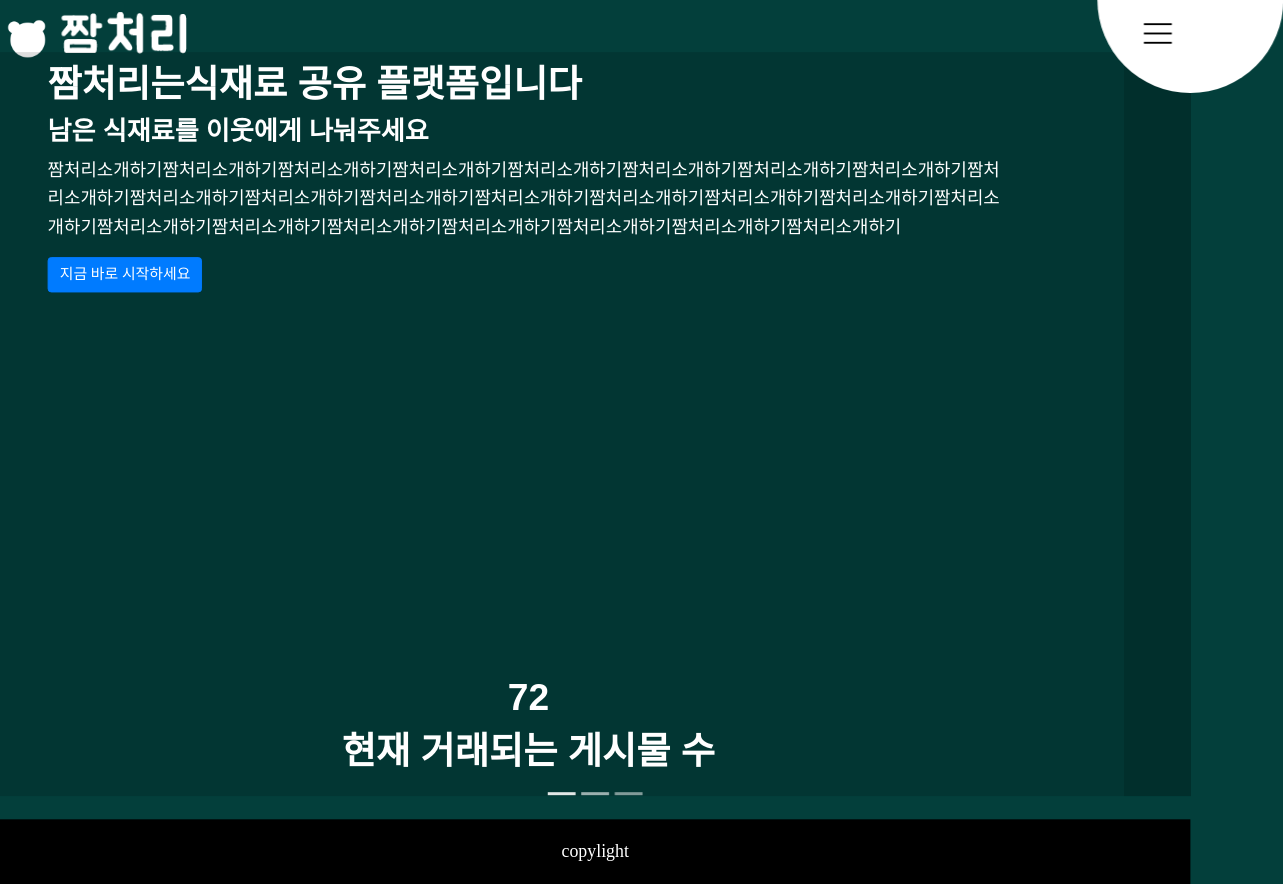
Repository: navang/JJAM_project
Page: http://localhost/jjam/jjam_intro.jsp
An editor plug-in stored every save of this project. The page is shown before and after the next save, followed by the edit.
The browser window is 1280 px wide. The page is 1380 px wide, so the pictures cover 1380 px, including what lies to the right of the window. The pictures show the whole page, at 93% of full size.
Some web fonts or font styles are not loaded; a fallback is used. Some web libraries are served in a nearby version. The page is served by Tomcat 9. Nobody is signed in. The application's start-up code is not run. Other server files are loaded and not shown.

Above is the page before, as saved 2019-07-18 07:04:22.

### jjam/src/main/webapp/jjam_intro.jsp
<%@ page language="java" contentType="text/html; charset=UTF-8"
    pageEncoding="UTF-8"%>
<!DOCTYPE html>

<style>
</style>
<head>
    <meta charset="UTF-8">
    <meta name="viewport" content="width=device-width, initial-scale=1.0">
    <meta http-equiv="X-UA-Compatible" content="ie=edge">

    <link rel="stylesheet" href="https://stackpath.bootstrapcdn.com/bootstrap/4.3.1/css/bootstrap.min.css"
        integrity="sha384-ggOyR0iXCbMQv3Xipma34MD+dH/1fQ784/j6cY/iJTQUOhcWr7x9JvoRxT2MZw1T" crossorigin="anonymous">
    <script src="https://code.jquery.com/jquery-3.3.1.slim.min.js"
        integrity="sha384-q8i/X+965DzO0rT7abK41JStQIAqVgRVzpbzo5smXKp4YfRvH+8abtTE1Pi6jizo"
        crossorigin="anonymous"></script>
    <script src="https://cdnjs.cloudflare.com/ajax/libs/popper.js/1.14.7/umd/popper.min.js"
        integrity="sha384-UO2eT0CpHqdSJQ6hJty5KVphtPhzWj9WO1clHTMGa3JDZwrnQq4sF86dIHNDz0W1"
        crossorigin="anonymous"></script>
    <script src="https://stackpath.bootstrapcdn.com/bootstrap/4.3.1/js/bootstrap.min.js"
        integrity="sha384-JjSmVgyd0p3pXB1rRibZUAYoIIy6OrQ6VrjIEaFf/nJGzIxFDsf4x0xIM+B07jRM"
        crossorigin="anonymous"></script>
    <!-- https://getbootstrap.com/docs/4.3/getting-started/introduction/ 부트스트랩에서 가져옴-->


    <link rel="stylesheet" href="./resources/style/main.css">

    <link rel="stylesheet" href="./resources/style/index.css">

    <script src="https://kit.fontawesome.com/825d367943.js"></script>

</head>

<body>
<label>
    <img id="logo" style="width: 60px; height: 60px; position:fixed;" src="./resources/image/character.png" alt=""><img style="margin-left: 60px; position:fixed;" src="./resources/image/JJCR_white1.png">
</label>

    <label>
        <input type="checkbox"></input>
        <span class="menu">
          <span class="hamburger"></span>
        </span>
        <ul>
          <li>
            <a href="#">Home</a>
          </li>
          <li>
            <a href="#">About</a>
          </li>
          <li>
            <a href="#">Work</a>
          </li>
          <li>
            <a href="#">Login</a>
          </li>
        </ul>
      </label>






    <!--------------------------------------------------------------->

<div class="intro_form"> <!--전체화면 분할-->
    <div class=""></div> <!-- 상단 navbar로 인한 공백-->

    <div class=""><!-- carousel 칸-->
            <div class="carousel slide " id="myCarousel" data-ride="carousel">
                    <div class="carousel-inner">

                            <div class="carousel-item active " style="width: 100%">
                                    <img class=""  src="./resources/image/hidden.png" alt="">
                                <div  class="carousel-caption">
                                        <h1 >72</h1>
                                        <h1>현재 거래되는 게시물 수</h1>
                                </div>
                            </div>
                            <div class="carousel-item">
                                    <img class=""src="./resources/image/hidden.png" alt="">
                                    <div class="carousel-caption">
                                            <h1 class="bigfont">1,000</h1>
                                            <h1 ">절약한 음식물쓰레기 비용</h1>
                                    </div>
                                </div>
                                 <div class="carousel-item w">
                                        <img class=""  src="./resources/image/hidden.png" alt="">
                                <div class="carousel-caption">
                                        <h1 class="bigfont"></h1>
                                        <h1  >설명</h1>
                                </div>
                            </div>
                        </div>
                    <!-- 좌우 버튼 -->

                    <ul class="carousel-indicators">
                            <li class="active" data-target="#myCarousel" data-slide-to="0"></li>
                            <li data-target="#myCarousel" data-slide-to="1"></li>
                            <li data-target="#myCarousel" data-slide-to="2"></li>
                        </ul>
                 </div>

    </div>

    <!-- ----------------------------- 본문 ------------------------------------------------>





    <!---------------------------------->
 <div class="blue"></div>
<div >
        <div class="intro-main" >
             <h1>짬처리는식재료 공유 플랫폼입니다</h1>

             <h3>남은 식재료를 이웃에게 나눠주세요</h3>
             <p>짬처리소개하기짬처리소개하기짬처리소개하기짬처리소개하기짬처리소개하기짬처리소개하기짬처리소개하기짬처리소개하기짬처리소개하기짬처리소개하기짬처리소개하기짬처리소개하기짬처리소개하기짬처리소개하기짬처리소개하기짬처리소개하기짬처리소개하기짬처리소개하기짬처리소개하기짬처리소개하기짬처리소개하기짬처리소개하기짬처리소개하기짬처리소개하기</p>

             <button class="btn btn-primary" type="button">지금 바로 시작하세요 </button><!--다음페이지 링크 버튼-->

            </div>

            <div class="footer">copylight</div>

   </div>
   <!------------------------------------------------------------------------------>

  </div>

</body>


</html>

### jjam/src/main/webapp/resources/style/main.css
@charset "utf-8";

@font-face {
    font-family: NanumSquareR;
    src: url(../font/NanumSquareR.woff) format('woff');
}

@font-face {
    font-family: NanumSquareL;
    src: url(../font/NanumSquareL.woff) format('woff');
}

@font-face {
    font-family: NanumSquareB;
    src: url(../font/NanumSquareB.woff) format('woff');
}





/* background*/


h1, h2, h3, h5, p {
    font-family: NanumSquareR, sans-serif;
    font-weight: 500;
    color: white;
}
h4{
    font-family: NanumSquareR, sans-serif;
    font-weight: 500;
    color: black;
}

h1, h2, h3 {
    margin-top: 10px;
    margin-bottom: 10px;
    font-weight: 700;
}

body{
  	font-family:BMJUA;
    background: #033f3b;
}
#logo{
	width: 60px; height: 60px;
}
#jcr{
	margin-left: 60px; position:fixed;
}
#top_navbar {
    background: rgba(0,0,0,0.7);
}
#top_navcolor {
    background-color: #147b6b;
}

#top_navbar-nav > li > a {
    padding-top: 20px;
    padding-bottom: 20px;
}

.separator {
    background: #59e;
    margin-top: 80px;
    padding: 21px;
    text-align: center;
    color: #fff;
}

.red {
    background: #fcc;
    border: #eaa solid 4px;
}

/* .yellow { */
/*     background: #f6f6c0; */
/*     border: #dd7 solid 4px; */
/* } */


.green {
    font:white;
    background: #147b6b;

}

.bluegreen {
    background: #aee;
    border: #8dd solid 4px;
}
<<<<<<< HEAD


/* .blue { */
=======
/* .blue { */
/*     background: #bcf; */
/*     border: #9ae solid 4px; */
/* } */

>>>>>>> 7f7c7283d27dcf0b9cae4bf84bee2c912e11a8f9
.blue {
    background: #bcf;
    border: #9ae solid 4px;
}
/*1_ intro*/
.intro_form{
    display: grid;
     grid-template-columns: 100%;
<<<<<<< HEAD
    grid-template-rows: 30px 850px 850px ;
=======
    grid-template-rows: 30px 850px 300px ;
>>>>>>> 7f7c7283d27dcf0b9cae4bf84bee2c912e11a8f9
}
.intro-main{
  position: absolute;
  top: 15%;
  left: 20%;
  transform: translate(-20%, -20%);
  width: 80%;

}
.intro-desc{
	display:grid;
	 grid-template-columns: 15% 70% 15%;
    grid-template-rows:  250px 80px ;
}

/*  풀어주기   */
.map-custom{
	width:100%;
	height:700px;
	position:relative;
	overflow:hidden;
	border-radius:30px;
}


.bigfont{
	font-size: 700px;
    text-align: center;

    font-family: NanumSquareL;
    src: url(../font/NanumSquareL.woff) format('woff');

}


.white-text {
    color: white;
}

.row{
     display : grid;
     grid-template-columns: 100%;
     grid-template-rows: 70px 850px 100px ;
}
.mypage{
	display: grid;
	  grid-template-columns: 20% 60% 20%;
     grid-template-rows: 400px 1400px ;
}
.mypage-columns{
	display:grid;
	  grid-template-columns: 30% 70%;
 	text-align: center;

}
.mypage-rows{
	display:grid;
	  grid-template-rows: 30% 70%;


}
/* 햄버거*/
.ham{
	width:100px;
}

/* 2_search 페이지 */
.search{
    display : grid;
    grid-template-columns: 25% 50% 25%;
    grid-template-rows: 100px 300px 40px 50px 20px;
}
.search-grid {

    display : grid;
    text-align: center;
    grid-template-columns: 20% 20% 20% 20% 20%;
    grid-template-rows: 100px 100px 100px 100px 100px;
}
/* 3 form*/
/* 전체화면 분할*/
.modal-form{
    display : grid;
    grid-template-columns: 15% 70% 15%;
    grid-template-rows: 60px 780px  50px;

}
/* 가운데화면 분할*/
.modal-form-grid{
    display : grid;
    grid-template-columns: 60% 40%;
    grid-template-rows: 60px  700px 70px;

}
/* */
.modal-inner-grid{
    display : grid;
    grid-template-columns: 50% 50%;

}

.modal-size{
    position: absolute;


}
/* modal fullsize*/
.modal-dialog.modal-fullsize {
    width: 150%; height: 100%; margin: 0; padding: 0;
}
.modal-content.modal-fullsize {
    height: auto;
    min-height: 100%;
    border-radius: 0;
  }
.btn-create{
	text-decoration:none;
	width:100%;
	height:40px;
	font-size:20px;
	border-radius:30px;
	background:#147b6b;
	color:white;
	box-shadow: 0px 3px 0px black;
	border: 2px solid white;
}
.btn-create:hover .btn-create:focus, btn-create:active {
	background:#073d35;

}

/* info modal img*/
.img-chatmodal{
    width:1900px;
    height: 950px;
    background-image:url('../image/chatbot_modal.png');
}

/*게시물 리스트*/
.form-list {
    display: grid;
    grid-template-columns:3% 20% 3% 74%;
    padding: 10px;
}


/* 5*5 그리드 */
#grid{
    display: grid;
    text-align: center;
    grid-template-columns:150px 150px 150px 150px 150px 150px;
}
/* 메인 1 페이지  */
.wrapper {
    display: grid;
    grid-template-columns: 5% 55% 40% ;
    grid-template-rows: 100px 7px 100px 30px 100px 100px 30px 100px 100px;
}

/* 4 login form*/
.login{
    display : grid;
    grid-template-columns: 30% 800px 27%;
    grid-template-rows: 100px 800px ;
}
.login-set{
    color : #1f0a01;
    background-color: white;
    border-radius: 15px;
    display:grid;
    grid-template-rows: 80px 380px 300px 40px;
    text-align: center;

}
.login-set.login-form{
    display: grid;
    grid-template-columns:240px 320px 240px;
    grid-template-rows: 100px 100px 100px ;

}
.design-border{
    border: silver solid 2px;
}

/* 7_result*/
.result-form{
    display: grid;
     grid-template-columns: 15% 70% 15%;
    grid-template-rows: 200px 300px 300px ;
}
.result-form-item{
	display:grid;
	  text-align:center;
	  grid-template-columns:100%;

}
.result-form-item-line{
	 background:white;
 	text-align:center;
	  border-radius: 50px;
	  width:73%;
	  height:3px;
	  margin-left:180px;

}
.result-button{
	width:100px;
	height:40px;
	border-radius:30px;
	background:white;

}
/* footer*/
.footer {
    left: 0;
    bottom: 0;
    width: 100%;
	padding: 20px 0;
	text-align: center;
	color: white;
	background:  black;
}
.card {
  height: 30%;
}
.card-columns {
    @include media-breakpoint-only(lg) {
      column-count: 4;
    }
    @include media-breakpoint-only(xl) {
      column-count: 5;
    }
  }
@media(max-width:375px){
#logo{
	width: 30px; height: 30px; position:fixed;
}
#jcr{
	margin-left: 35px; position:fixed; height: 30px;
}
    .search{
        display : grid;
        grid-template-columns: 0px 100% 0px;
        grid-template-rows: 100px 600px 30px 30px 20px ;
    }
      /* 5*5 그리드 */
    #grid{
    display: grid;
    text-align: center;
    grid-template-columns:160px 160px 160px;
}

    .wrapper {
    display: grid;
    grid-template-columns: 5% 90% 5% ;
    grid-template-rows: 100px 60px 30% 30px 70px 100px 100px 100px 10px;
    }
    .search-grid {

        display : grid;
        text-align: center;
        grid-template-columns: 25% 25% 25% 25%;
        grid-template-rows: 50px  50px  50px 50px  50px  50px;
    }


    .mypage{
	display: grid;
	  grid-template-columns: 100%;
     grid-template-rows: 0px  0px   170px  0px   500px;
}
.mypage-columns{
	display:grid;
	 grid-template-columns: 100%;
		  grid-template-rows: 400px 50%;

}
.mypage-rows{
	display:grid;

		  grid-template-template: 100%;
		   grid-template-rows: 60% 40%;
}
.mypage-menu{
	display:grid;

		  grid-template-rows: 25% 25% 25% 25%;
}


    /*챗 모달 사용설명서*/
    .img-chatmodal{
        width:640px;
        height: 950px;
        background-image:url('../image/chatbot_modal_mobile.png');

    }
    /* modal fullsize*/
    .modal-dialog.modal-fullsize {
    width: 100%; height: 100%; margin: 0; padding: 0;
    }
    .modal-content.modal-fullsize {
    height: auto;
    min-height: 100%;
    border-radius: 0;
  }
    /* 가운데화면 분할*/
.modal-form{
    display : grid;
    grid-template-columns: 15% 70% 15%;
    grid-template-rows: 60px 780px  50px;

}
/* 가운데화면 분할*/
.modal-form-grid{
    display : grid;
    grid-template-columns: 60% 40%;
    grid-template-rows: 60px  700px 70px;

}

    .modal-inner-grid{
        display : grid;
        grid-template-columns: 100%;

    }
    /* 4 login form*/
    .login{
    display : grid;
    grid-template-columns: 0px 640px 0px;
    grid-template-rows: 50px 640px ;
}
.result-form{
    display: grid;
     grid-template-columns: 0% 100% 0%;
    grid-template-rows: 100px 700px 100px ;
}
.ham{
	width:100px;
}
/* footer*/
.footer {
    left: 0;
    bottom: 0;
    width: 100%;
	padding: 20px;
	text-align: center;
	color: white;
	background:  black;
}

/*1_ intro*/
.intro_form{
    display: grid;
     grid-template-columns: 100%;
    grid-template-rows: 30px 360px 550px ;
}
.intro-main{
  position: absolute;
  font-size: 20px;
  top: 50%;
  left: 20%;
  transform: translate(-20%, -20%);
  width: 80%;

}
.intro-desc{
	display:grid;
	 grid-template-columns: 10% 80% 10%;
    grid-template-rows:  550px 150px ;
}

/*  풀어주기   */
.map-custom{
	width:700px;
	height:700px;
	position:relative;
	overflow:hidden;
	margin-left: 80px;
	border-radius:30px;
}


.bigfont{
	left:50%;
	transform:rotate(30deg);
	font-size: 300px;
    text-align: left;

    font-family: NanumSquareL;
    src: url(../font/NanumSquareL.woff) format('woff');

}


}

### jjam/src/main/webapp/resources/style/index.css
@import url('https://fonts.googleapis.com/css?family=Cutive+Mono');
*, *:before, *:after {
  box-sizing: border-box;
}

@font-face { font-family: 'BMJUA'; src: url('https://cdn.jsdelivr.net/gh/projectnoonnu/noonfonts_one@1.0/BMJUA.woff') format('woff'); font-weight: normal; font-style: normal; }

body {

  font-size: 1.2em;
  line-height: 1.6;

  overflow-x: hidden;
}
label .menu {
  position: absolute;
  right: -100px;
  top: -100px;
  z-index: 100;
  width: 200px;
  height: 200px;
  background: #fff;
  border-radius: 50% 50% 50% 50%;
  transition: 0.5s ease-in-out;
  box-shadow: 0 0 0 0 #fff, 0 0 0 0 #fff;
  cursor: pointer;
}
label .hamburger {
  position: absolute;
  top: 135px;
  left: 50px;
  width: 30px;
  height: 2px;
  background: #000;
  display: block;
  transform-origin: center;
  transition: 0.5s ease-in-out;
}
label .hamburger:after, label .hamburger:before {
  transition: 0.5s ease-in-out;
  content: "";
  position: absolute;
  display: block;
  width: 100%;
  height: 100%;
  background: #000;
}
label .hamburger:before {
  top: -10px;
}
label .hamburger:after {
  bottom: -10px;
}
label input {
  display: none;
}
label input:checked + .menu {
  box-shadow: -400px 0 0   #fff, -350px 0 0   #fff,-300px 0 0 #fff,-250px 0 0 #fff,  -200px 0 0 #fff,-150px 0 0 #fff, -100px 0 0 #fff,-50px 0 0 #fff;
  border-radius: 50px;
}
label input:checked + .menu .hamburger {
  transform: rotate(45deg);
}
label input:checked + .menu .hamburger:after {
  transform: rotate(90deg);
  bottom: 0;
}
label input:checked + .menu .hamburger:before {
  transform: rotate(90deg);
  top: 0;
}
label input:checked + .menu + ul {
  opacity: 1;
}
label ul {
	font-family:BMJUA;
	width:500px;
	height:50px;
  z-index: 200;
  position: absolute;
  top: 5%;
  left: 84%;
 transform: translate(-50%, -50%);
  opacity: 0;
  transition: 0.25s 0s ease-in-out;


}
label a {

  margin-bottom: 1em;
  display: block;
  color: #000;
  text-decoration: none;
}
label a:hover, label a:focus{
	text-decoration:none;
	color:#76afa7;

}
.menubar{
	display:inline-block;
	margin-left:30px;
}

@media(max-width:375px){

body {

  font-size: 1.2em;
  line-height: 1.6;

}
label .menu {
  position: absolute;
  right: -100px;
  top: -100px;
  z-index: 100;
  width: 200px;
  height: 200px;
  background: #fff;
  border-radius: 50% 50% 50% 50%;
  transition: 0.5s ease-in-out;
  box-shadow: 0 0 0 0 #fff, 0 0 0 0 #fff;
  cursor: pointer;
}
label .hamburger {
  position: relative;
  top: 135px;
  left: 50px;
  width: 30px;
  height: 2px;
  background: #000;
  display: block;
  transform-origin: center;
  transition: 0.5s ease-in-out;
}
label .hamburger:after, label .hamburger:before {
  transition: 0.5s ease-in-out;
  content: "";
  position: relative;
  display: block;
  width: 100%;
  height: 100%;
  background: #000;
}
label .hamburger:before {
  top: -10px;
}
label .hamburger:after {
  bottom: -10px;
}
label input {
  display: none;
}
label input:checked + .menu {
  box-shadow: -200px 0 0  100vw  #fff ;
  border-radius: 50px;
}
label input:checked + .menu .hamburger {
  transform: rotate(45deg);
}
label input:checked + .menu .hamburger:after {
  transform: rotate(90deg);
  bottom: 0;
}
label input:checked + .menu .hamburger:before {
  transform: rotate(90deg);
  top: 0;
}
label input:checked + .menu + ul {
  opacity: 1;
}
label ul {
	font-family:BMJUA;
	width:200px;
	height:50px;
  z-index: 200;
  position: relative;
  top: 50%;
  left: 0%;
 transform: translate(40%, 50%);
  opacity: 0;
  transition: 0.25s 0s ease-in-out;

}
label a {

  margin-bottom: 1em;
  display: block;
  color: #000;
  text-decoration: none;
}
label a:hover, label a:focus{
	text-decoration:none;
	color:#76afa7;

}
.menubar{
	display:inline-block;
	margin-left:40px;
}
#myCarousel {
	padding:0px;
	margin: 0px;
}

}

After the next save:
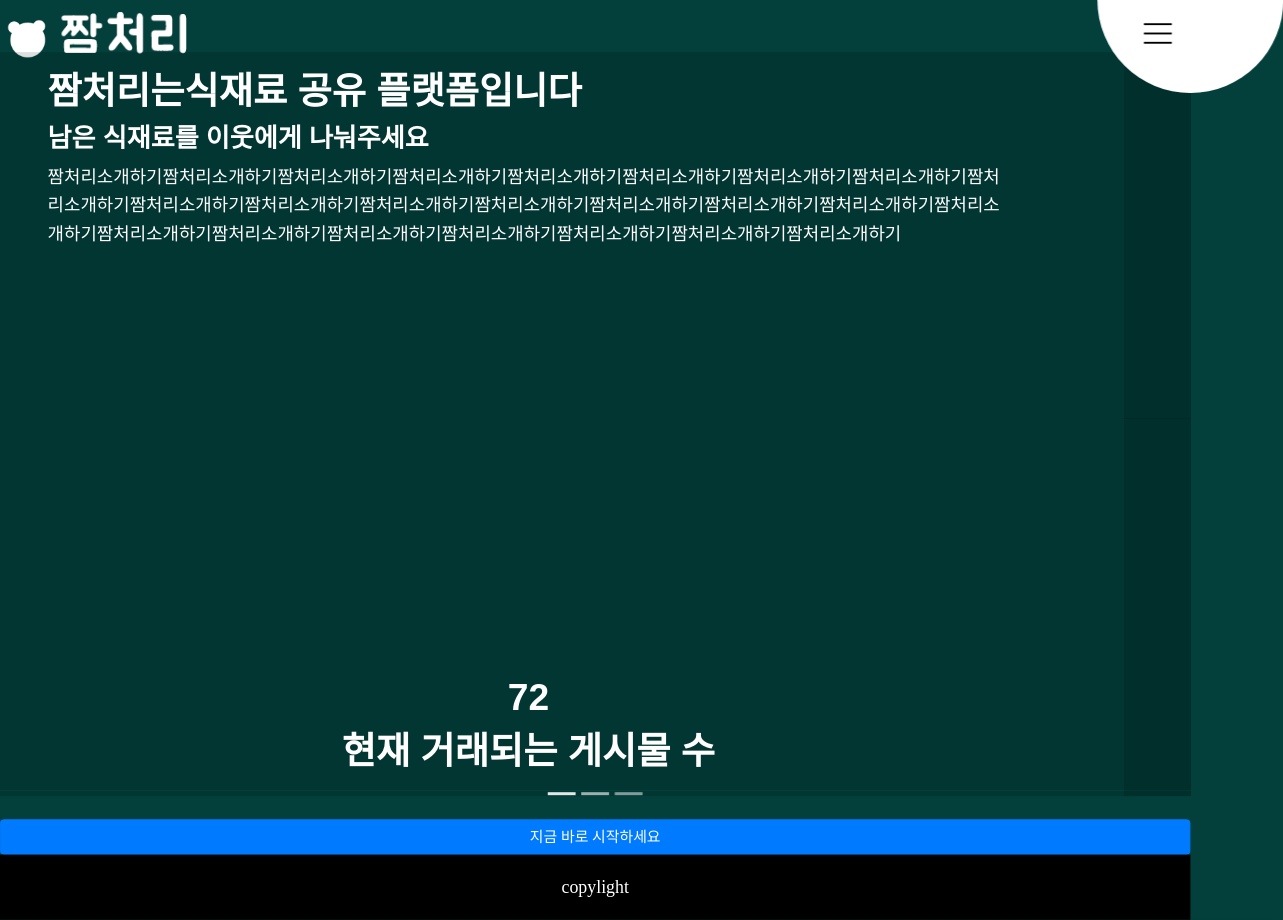
Saved 98 s later.
--- a/jjam/src/main/webapp/jjam_intro.jsp
+++ b/jjam/src/main/webapp/jjam_intro.jsp
@@ -119,13 +119,14 @@
              <h3>남은 식재료를 이웃에게 나눠주세요</h3>
              <p>짬처리소개하기짬처리소개하기짬처리소개하기짬처리소개하기짬처리소개하기짬처리소개하기짬처리소개하기짬처리소개하기짬처리소개하기짬처리소개하기짬처리소개하기짬처리소개하기짬처리소개하기짬처리소개하기짬처리소개하기짬처리소개하기짬처리소개하기짬처리소개하기짬처리소개하기짬처리소개하기짬처리소개하기짬처리소개하기짬처리소개하기짬처리소개하기</p>
 
-             <button class="btn btn-primary" type="button">지금 바로 시작하세요 </button><!--다음페이지 링크 버튼-->
 
             </div>
 
-            <div class="footer">copylight</div>
+
 
    </div>
+     <button class="btn btn-primary" type="button">지금 바로 시작하세요 </button><!--다음페이지 링크 버튼-->
+   <div class="footer">copylight</div>
    <!------------------------------------------------------------------------------>
 
   </div>
